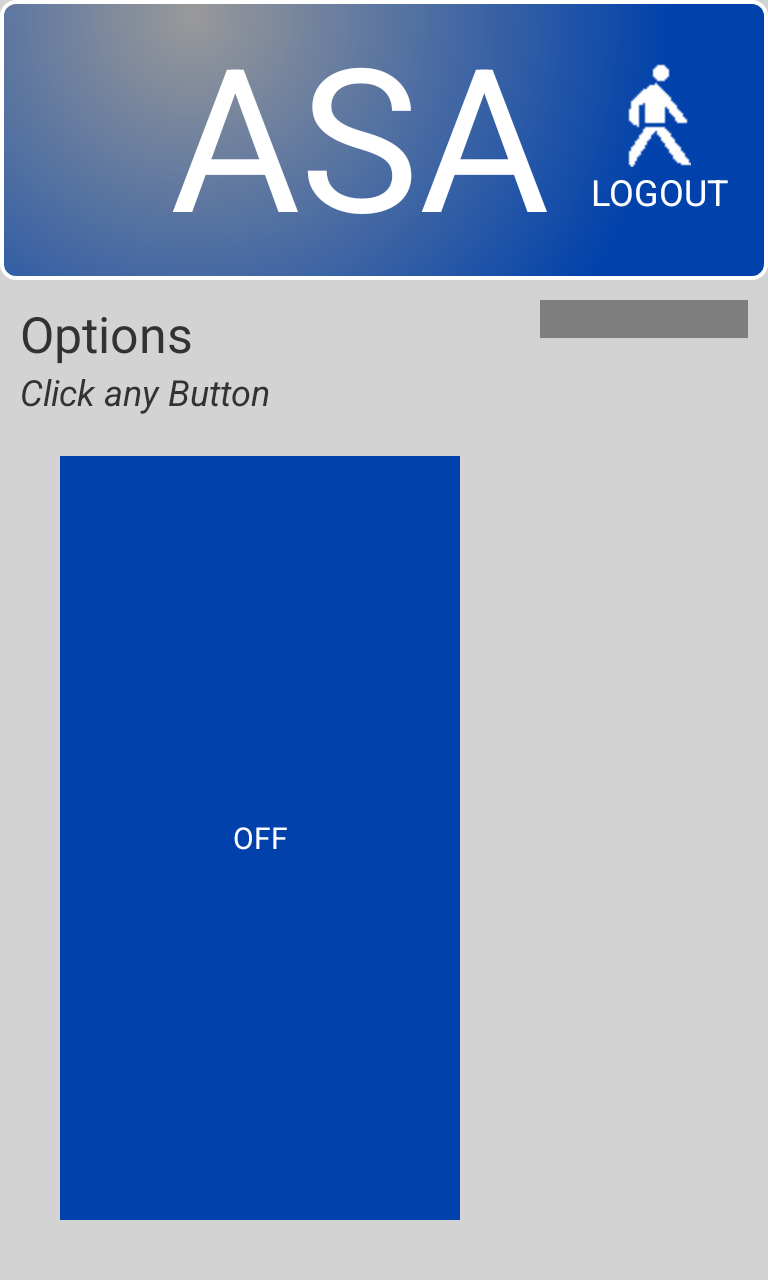
Repository: vinnare89/ASA
Layout: ASA/res/layout/asa_layout.xml
The author's editor kept a copy of each file at every save. The layout is drawn from the files as they stood at one save, then again after the next save.
Pictures or frames that could not be fetched are drawn as grey boxes. It is drawn on a 768 x 1280 px phone screen (xhdpi) without system bars, with theme AppTheme; the app's code is not run.

Above is the layout before, as saved 2013-12-15 17:05:58.

### ASA/res/layout/asa_layout.xml
<?xml version="1.0" encoding="utf-8"?>
<LinearLayout xmlns:android="http://schemas.android.com/apk/res/android"
    android:layout_width="match_parent"
    android:layout_height="match_parent"
    android:background="#d3d3d3"
    android:orientation="vertical" >

    <RelativeLayout
        android:layout_width="match_parent"
        android:layout_height="wrap_content"
        android:background="@drawable/asa_header_background" >

        <TextView
            android:id="@+id/asa_header"
            android:layout_width="match_parent"
            android:layout_height="wrap_content"
            android:gravity="center_vertical|center_horizontal"
            android:text="@string/app_name_italic"
            android:textColor="#FFF"
            android:textSize="100sp" />

        <Button
            android:id="@+id/asa_logout_button"
            android:layout_width="wrap_content"
            android:layout_height="wrap_content"
            android:layout_alignParentRight="true"
            android:layout_centerVertical="true"
            android:layout_margin="20dp"
            android:background="@android:color/transparent"
            android:drawableTop="@drawable/mensch_small"
            android:text="@string/main_menu_logout"
            android:textColor="#FFF" />

        <View
            android:layout_width="fill_parent"
            android:layout_height="140dp"
            android:layout_alignParentLeft="true"
            android:layout_alignParentTop="true"
            android:layout_below="@id/asa_logout_button"
            android:background="@android:color/transparent" />
    </RelativeLayout>

    <LinearLayout
        android:layout_width="fill_parent"
        android:layout_height="fill_parent"
        android:gravity="center_horizontal" >

        <LinearLayout
            android:layout_width="wrap_content"
            android:layout_height="fill_parent"
            android:layout_alignParentLeft="true"
            android:layout_margin="@dimen/asa_margin_top"
            android:orientation="vertical" >

            <TextView
                android:id="@+id/textView3"
                android:layout_width="wrap_content"
                android:layout_height="wrap_content"
                android:text="@string/asa_control_header"
                android:textSize="25sp" />

            <TextView
                android:id="@+id/textView4"
                android:layout_width="wrap_content"
                android:layout_height="wrap_content"
                android:text="@string/asa_control_subheader"
                android:textSize="18sp"
                android:textStyle="italic" />

            <ToggleButton
                style="@style/AsaControlButton"
                android:id="@+id/toggleButton1"
                android:layout_width="wrap_content"
                android:layout_height="wrap_content"
                android:text="ToggleButton" />

            <Button
                style="@style/AsaControlButton"
                android:id="@+id/button1"
                android:layout_width="wrap_content"
                android:layout_height="wrap_content"
                android:text="Button" />

            <Button
                style="@style/AsaControlButton"
                android:id="@+id/button2"
                android:layout_width="wrap_content"
                android:layout_height="wrap_content"
                android:text="Button" />
        </LinearLayout>

        <LinearLayout
            android:layout_width="match_parent"
            android:layout_height="fill_parent"
            android:layout_alignParentRight="true"
            android:layout_margin="@dimen/asa_margin_top"
            android:orientation="vertical" >

            <LinearLayout
                android:id="@+id/control_room_layout_background"
                android:layout_width="fill_parent"
                android:layout_height="wrap_content"
                android:orientation="vertical" >

                <fragment
                    android:id="@+id/map"
                    android:name="com.google.android.gms.maps.MapFragment"
                    android:layout_width="match_parent"
                    android:layout_height="match_parent" />
            </LinearLayout>
        </LinearLayout>
    </LinearLayout>

</LinearLayout>

### ASA/res/values/styles.xml
<resources xmlns:android="http://schemas.android.com/apk/res/android">

    <!--
        Base application theme, dependent on API level. This theme is replaced
        by AppBaseTheme from res/values-vXX/styles.xml on newer devices.
    -->
    <style name="AppBaseTheme" parent="android:Theme.Light">
        <!--
            Theme customizations available in newer API levels can go in
            res/values-vXX/styles.xml, while customizations related to
            backward-compatibility can go here.
        -->
    </style>

    <!-- Application theme. -->
    <style name="AppTheme" parent="AppBaseTheme">
        <!-- All customizations that are NOT specific to a particular API-level can go here. -->
        <item name="android:windowNoTitle">true</item>
    	<item name="android:windowFullscreen">true</item>
    </style>

    <style name="MainMenuButton">
        <item name="android:layout_width">200px</item>
        <item name="android:layout_height">200px</item>
        <item name="android:textColor">#FFFFFF</item>
        <item name="android:textSize">25sp</item>
        <item name="android:background">@color/autobahn_blau</item>
        <item name="android:layout_margin">20dp</item>
    </style>

    <style name="AsaControlButton">
        <item name="android:minWidth">200dp</item>
        <item name="android:minHeight">600dp</item>
        <item name="android:textColor">#FFFFFF</item>
        <item name="android:textSize">15sp</item>
        <item name="android:background">@color/autobahn_blau</item>
        <item name="android:layout_margin">20dp</item>
    </style>

</resources>

### ASA/res/drawable/asa_header_background.xml
<?xml version="1.0" encoding="UTF-8"?>
<shape xmlns:android="http://schemas.android.com/apk/res/android"
     android:shape="rectangle">
     <stroke android:width="2dp" android:color="#FFFFFFFF" />
     <gradient android:layout_gravity="right" android:type="radial" android:gradientRadius="480"
        android:centerX="25%" android:centerY="5%"
        android:startColor="#999999" android:endColor="@color/autobahn_blau" />

    <corners android:bottomRightRadius="7dp" android:bottomLeftRadius="7dp"
     android:topLeftRadius="7dp" android:topRightRadius="7dp"/>
</shape>

### ASA/res/values/strings.xml
<?xml version="1.0" encoding="utf-8"?>
<resources>

    <string name="app_name">ASA</string>
    <string name="action_settings">Settings</string>
    <string name="hello_world">Hello world!</string>
    <string name="app_name_italic">ASA&#160;</string>

    <!-- Login Menu -->
    <string name="login_subheader">- Die Autofahrer Service App -</string>
    <string name="login_username">Username</string>
    <string name="login_password">Password</string>
    <string name="login_submit">Submit</string>

    <!-- Main Menu -->
    <string name="main_menu_lkw">LKW</string>
    <string name="main_menu_pkw">PKW</string>
    <string name="main_menu_bus">Bus</string>
    <string name="main_menu_alarm">Wecker</string>
    <string name="main_menu_activities">Aktivitäten</string>
    <string name="main_menu_information">Informationen</string>
    <string name="main_menu_logout">LOGOUT</string>

    <!-- Asa Activity -->
    <string name="asa_control_header">Options</string>
    <string name="asa_control_subheader">Click any Button</string>

</resources>

### ASA/res/values/color.xml
<?xml version="1.0" encoding="utf-8"?>
<resources>
    <color name="autobahn_blau">#0041AB</color>
</resources>

Loaded but not shown: ASA/res/values-v11/styles.xml (common file); ASA/res/values-v14/styles.xml (common file); ASA/res/values/dimens.xml (common file)

After the next save:
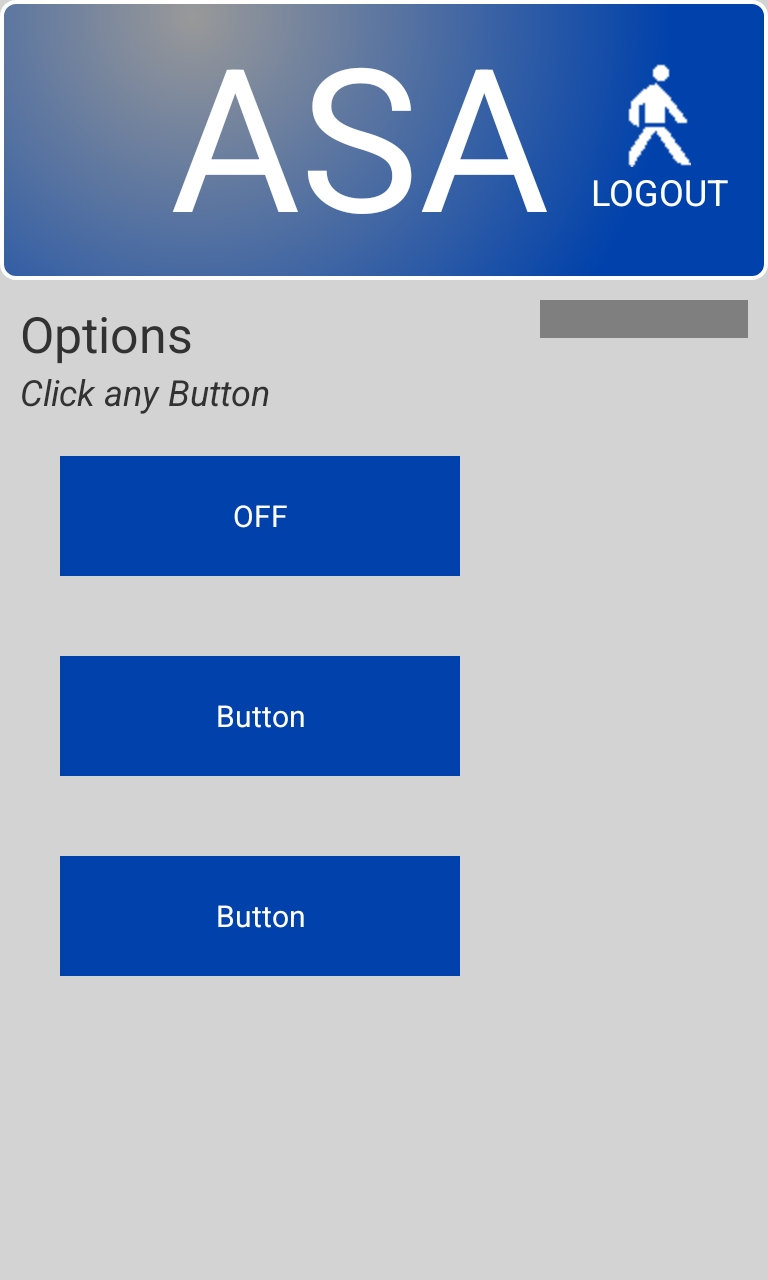
Saved 4 s later.
--- a/ASA/res/values/styles.xml
+++ b/ASA/res/values/styles.xml
@@ -30,7 +30,7 @@
 
     <style name="AsaControlButton">
         <item name="android:minWidth">200dp</item>
-        <item name="android:minHeight">600dp</item>
+        <item name="android:minHeight">60dp</item>
         <item name="android:textColor">#FFFFFF</item>
         <item name="android:textSize">15sp</item>
         <item name="android:background">@color/autobahn_blau</item>
